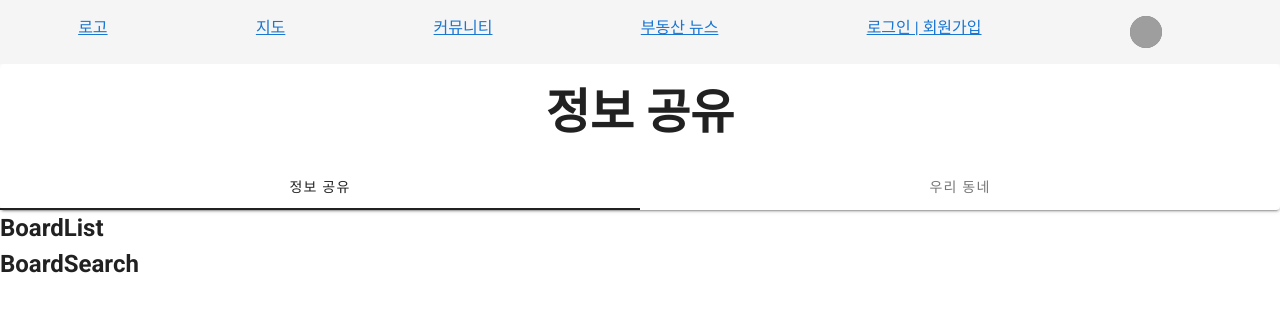
Repository: misso88/vue-whereIsMyHome
Page: /community
The author's editor kept a copy of each file at every save. The page is drawn from the files as they stood at one save, then again after the next save.
The browser window is 1280 px wide. The pictures show the whole page.
The project was rebuilt for these pictures with package versions that can differ from the ones it lists, and the page was loaded fresh each time. Also part of the build but not shown: vue.config.js, src/views/AppMain.vue, src/components/house/sidebar/HouseListItem.vue, src/components/house/sidebar/HouseList.vue, src/components/house/sidebar/HouseListFilter.vue, src/components/house/sidebar/HouseSidebar.vue, src/components/house/map/HouseMapFilter.vue, src/components/house/map/HouseMap.vue and 2 more.

Above is the page before, as saved 2022-11-16 10:40:09.

### public/index.html
<!DOCTYPE html>
<html lang="en">
  <head>
    <meta charset="utf-8" />
    <meta http-equiv="X-UA-Compatible" content="IE=edge" />
    <meta name="viewport" content="width=device-width,initial-scale=1.0" />
    <link rel="icon" href="<%= BASE_URL %>favicon.ico" />
    <title><%= htmlWebpackPlugin.options.title %></title>
    <link
      rel="stylesheet"
      href="https://fonts.googleapis.com/css?family=Roboto:100,300,400,500,700,900"
    />
    <link
      rel="stylesheet"
      href="https://cdn.jsdelivr.net/npm/@mdi/font@latest/css/materialdesignicons.min.css"
    />
    <link
      rel="stylesheet"
      href="https://fonts.googleapis.com/css?family=Roboto:100,300,400,500,700,900"
    />
    <link
      rel="stylesheet"
      href="https://cdn.jsdelivr.net/npm/@mdi/font@latest/css/materialdesignicons.min.css"
    />
    <!-- <style>
      html{
        overflow-y: hidden !important;
      }
    </style> -->
  </head>
  <body>
    <noscript>
      <strong
        >We're sorry but <%= htmlWebpackPlugin.options.title %> doesn't work properly without
        JavaScript enabled. Please enable it to continue.</strong
      >
    </noscript>
    <div id="app"></div>
    <!-- built files will be auto injected -->
  </body>
</html>

### src/App.vue
<template>
  <v-app>
    <v-app-bar app elevation="0" absolute clipped-left>
      <the-header></the-header>
    </v-app-bar>
    <v-main>
      <router-view></router-view>
    </v-main>
  </v-app>
</template>

<script>
import TheHeader from "@/components/layout/TheHeader";

export default {
  name: "App",
  components: {
    TheHeader,
  },
};
</script>

### src/router/index.js
import Vue from 'vue'
import VueRouter from 'vue-router'

import AppMain from '@/views/AppMain'
import AppHouse from '@/views/AppHouse'
// import AppCommunity from '@/views/AppCommunity'
import AppNews from '@/views/AppNews'
// import AppMember from '@/views/AppMember'


Vue.use(VueRouter)

const routes = [
  {
    path: '/',
    name: 'main',
    component: AppMain
  },
  {
    path: '/map',
    name: 'map',
    component: AppHouse
  },
  {
    path: '/community',
    name: 'community',
    component: () => import("@/views/AppCommunity"),
    redirect: "/community/list",
    children: [
      {
        path: "list",
        name: "boardlist",
        component: () => import("@/components/board/BoardList")
      },
    ]
  },
  {
    path: '/news',
    name: 'news',
    component: AppNews
  },
  {
    path: '/member',
    name: 'member',
    component: () => import("@/views/AppMember"),
    children: [
      {
        path: "login",
        name: "login",
        component: () => import("@/components/member/MemberLogin")
      },
      {
        path: "join",
        name: "join",
        component: () => import("@/components/member/MemberJoin")
      },
    ]
  },
  {
    path: "/profile",
    name: "profile",
    component: () => import("@/views/TempProfile"),
    children: [
      {
        path: "mypage",
        name: "mypage",
        component: () => import("@/components/profile/ProfileMypage")
      },
      {
        path: "wishlist",
        name: "wishlist",
        component: () => import("@/components/profile/ProfileWishlist")
      },
      {
        path: "notice",
        name: "notice",
        component: () => import("@/components/profile/ProfileNotice")
      },
      {
        path: "helpcenter",
        name: "helpcenter",
        component: () => import("@/components/profile/ProfileHelpcenter")
      },
    ]
  },
]

const router = new VueRouter({
  mode: 'history',
  base: process.env.BASE_URL,
  routes
})

export default router

### src/store/index.js
import Vue from 'vue'
import Vuex from 'vuex'
import createPersistedState from "vuex-persistedstate";

Vue.use(Vuex)

export default new Vuex.Store({
  state: {
    type: null,
  },
  getters: {
  },
  mutations: {
    SET_TYPE (state, type) {
      state.type = type;
    },
  },
  actions: {
  },
  modules: {},
  plugins: [
    createPersistedState({
      // 브라우저 종료시 제거하기 위해 localStorage가 아닌 sessionStorage로 변경. (default: localStorage)
      storage: sessionStorage,
    }),
  ],

})

### src/components/layout/TheHeader.vue
<template>
  <v-row  class="d-flex justify-space-around">
    <router-link
      v-for="item in header" :key="item.name"
      :to="{ name: item.name}" > {{ item.title }}</router-link>
    <!-- 프로필 -->
     <v-avatar
          class="mr-10"
          color="grey darken-1"
          size="32"
        >
      <v-menu offset-y>
      <template v-slot:activator="{ on, attrs }">
        <v-btn
          color="grey"
          v-bind="attrs"
          v-on="on"
        >
          <!-- 프로필 이미지 -->
        </v-btn>
      </template>
      <v-list>
        <v-list-item
          v-for="(item, index) in profile"
          :key="index"
        >
          <router-link :to="{ name: item.name}" > {{ item.title }}</router-link>
        </v-list-item>
      </v-list>
    </v-menu>
    </v-avatar>
  </v-row>
</template>

<script>
export default {
    name: "TheHeader",
    data() {
        return {
          header: [],
          profile: []
        };
    },
    created() {
      this.header = [
        {
          name: "main",
          title: "로고"
        },
        {
          name: "map",
          title: "지도"
        },
        {
          name: "community",
          title: "커뮤니티"
        },
        {
          name: "news",
          title: "부동산 뉴스"
        },
        {
          name: "login",
          title: "로그인 | 회원가입"
        },
      ],
      this.profile = [
        {
          name: "mypage",
          title: "내정보"
        },
        {
          name: "wishlist",
          title: "찜 목록"
        },
        {
          name: "notice",
          title: "공지사항"
        },
        {
          name: "helpcenter",
          title: "고객센터"
        },
        {
          name: "mypage",
          title: "로그아웃"
        },
      ]
    }
}
</script>

<style>

</style>

### src/views/AppCommunity.vue
<template>
  <div>
    <board-header></board-header>
    <router-view></router-view>
  </div>

</template>

<script>
import BoardHeader from "@/components/board/BoardHeader";

export default {
  name: "AppCommunity",
  components: {
    BoardHeader,
  },
};
</script>

<style>

</style>

### src/components/board/BoardList.vue
<template>
  <div>
    <h2>BoardList</h2>
    <board-search></board-search>
    <div>{{ type }}</div>
  </div>
</template>

<script>
import BoardSearch from "@/components/board/BoardSearch";
export default {
    name: "BoardList",
    data() {
        return {
            type: 0
        }
    },
    created() {
        console.log("created");
        this.type = this.$store.state.type;
        console.log(this.type);
    },
    components: {
        BoardSearch
    }
}
</script>

<style>

</style>

### src/components/board/BoardHeader.vue
<template>
  <!-- <div>
    <h2>BoardHeader</h2>
    <button @click="a('1')">정보 공유</button>
    <button @click="a('2')">우리 동네</button>
  </div> -->
  <v-card color="basil">
    <v-card-title class="text-center justify-center py-6">
      <h1 class="font-weight-bold text-h3 basil--text">
        {{tab}}
      </h1>
    </v-card-title>
    <v-tabs
      background-color="transparent"
      color="basil"
      grow
    >
      <v-tab
        v-for="item in tabs"
        :key="item"
      >
        {{ item.title }}
      </v-tab>
    </v-tabs>
  </v-card>
</template>

<script>
export default {
    name: "BoardHeader",
    data () {
      return {
        tab: null,
        tabs: [
          {
            type: 1,
            title: "정보 공유"
          },
          {
            type: 2,
            title: "우리 동네"
          },
        ],
        text: 'Lorem ipsum dolor sit amet, consectetur adipiscing elit, sed do eiusmod tempor incididunt ut labore et dolore magna aliqua. Ut enim ad minim veniam, quis nostrud exercitation ullamco laboris nisi ut aliquip ex ea commodo consequat.',
      }
    },
    created() {
      this.tab = this.tabs[0].title;
    },
    methods: {
        a(type){
            this.$store.commit("SET_TYPE", type);
            this.$router.go({
                name: "boardlist",
            });
        }
    },
};
</script>

<style>

</style>

### src/components/board/BoardSearch.vue
<template>
  <div>
    <h2>BoardSearch</h2>
  </div>
</template>

<script>
export default {

}
</script>

<style>

</style>

Loaded but not shown: src/main.js (common file); src/plugins/vuetify.js (common file)

After the next save:
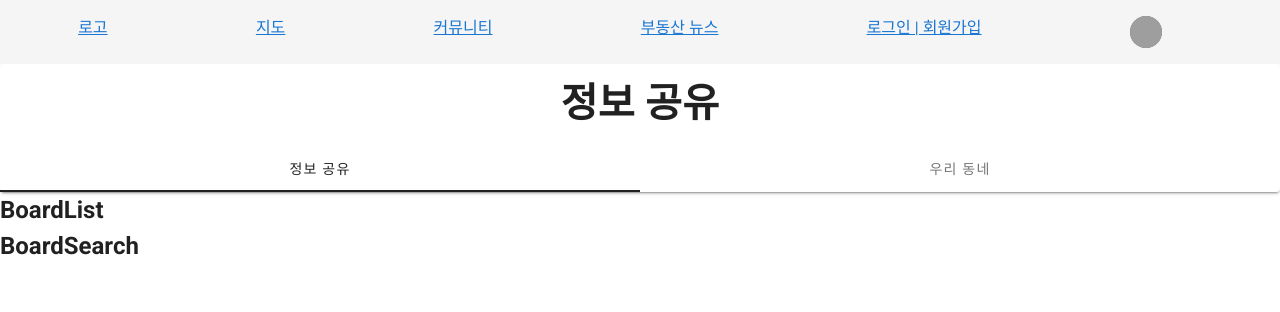
Saved 4 s later.
--- a/src/components/board/BoardHeader.vue
+++ b/src/components/board/BoardHeader.vue
@@ -6,7 +6,7 @@
   </div> -->
   <v-card color="basil">
     <v-card-title class="text-center justify-center py-6">
-      <h1 class="font-weight-bold text-h3 basil--text">
+      <h1 class="font-weight-bold basil--text">
         {{tab}}
       </h1>
     </v-card-title>
